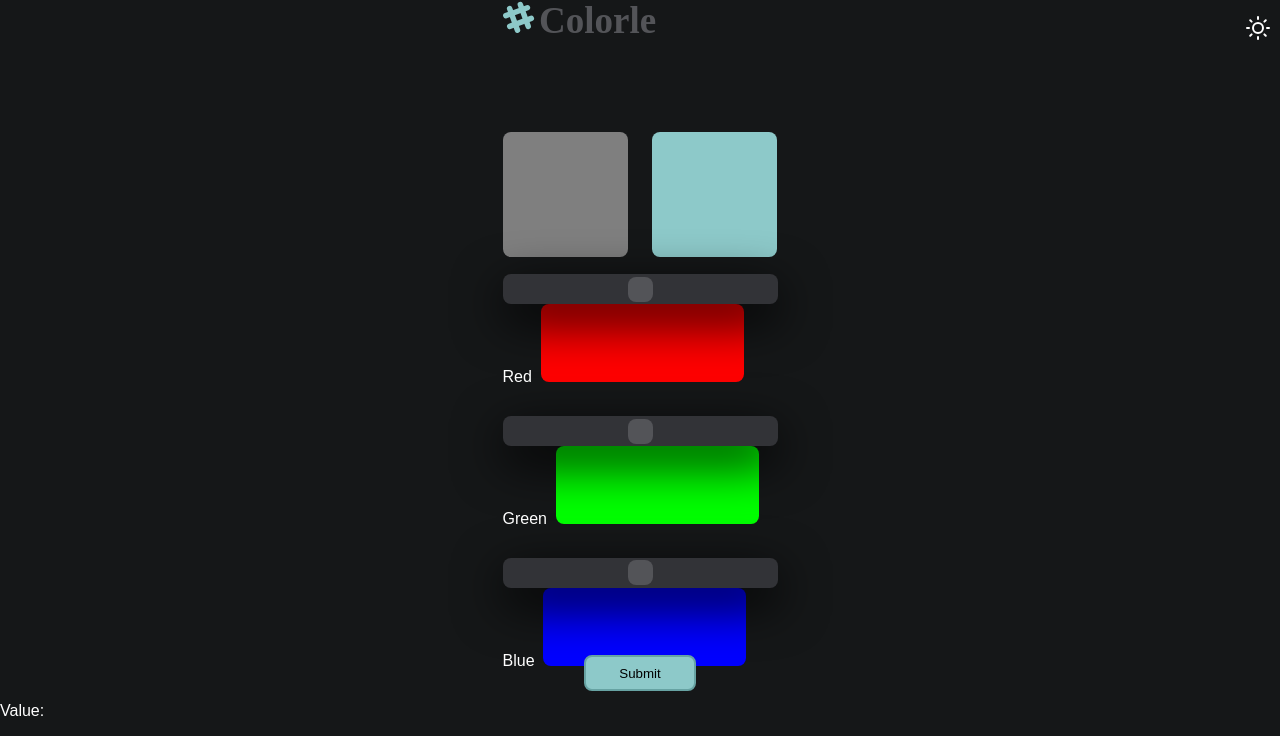
Repository: Artem-Melnik/Colorle
Page: index.html
These files come from the project's save history. The page is drawn as it stood at one moment and after the next save; the edit follows.
The browser window is 1280 px wide. The pictures show the whole page.

Above is the page before, as saved 2022-05-14 21:56:14.

After the next save:
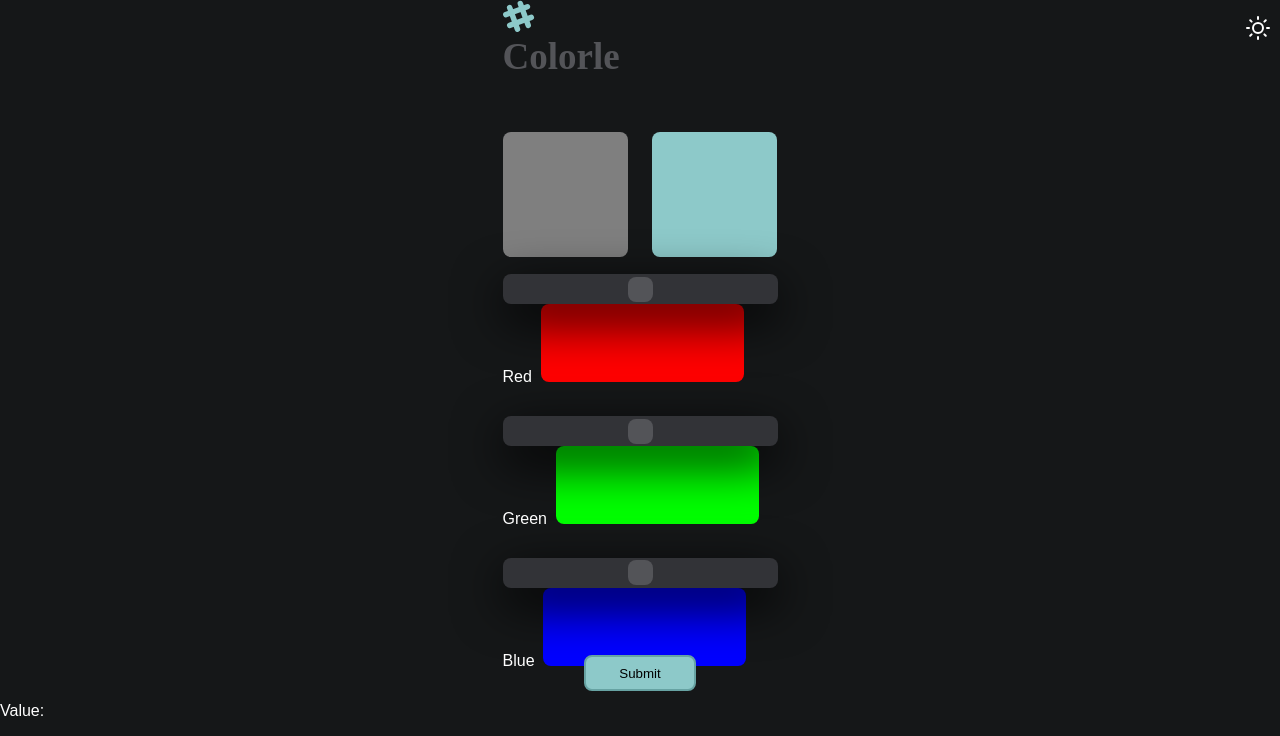
Saved 43 s later.
--- a/styles.css
+++ b/styles.css
@@ -45,8 +45,8 @@ body {
   font-weight: 700;
   font-size: 37px;
   line-height: 42px;
-  display: inline-block;
-  align-items: center;
+  /* display: inline-block;
+  align-items: center; */
   /* text-align: center; */
   color: #535458;
   margin: 0px;
